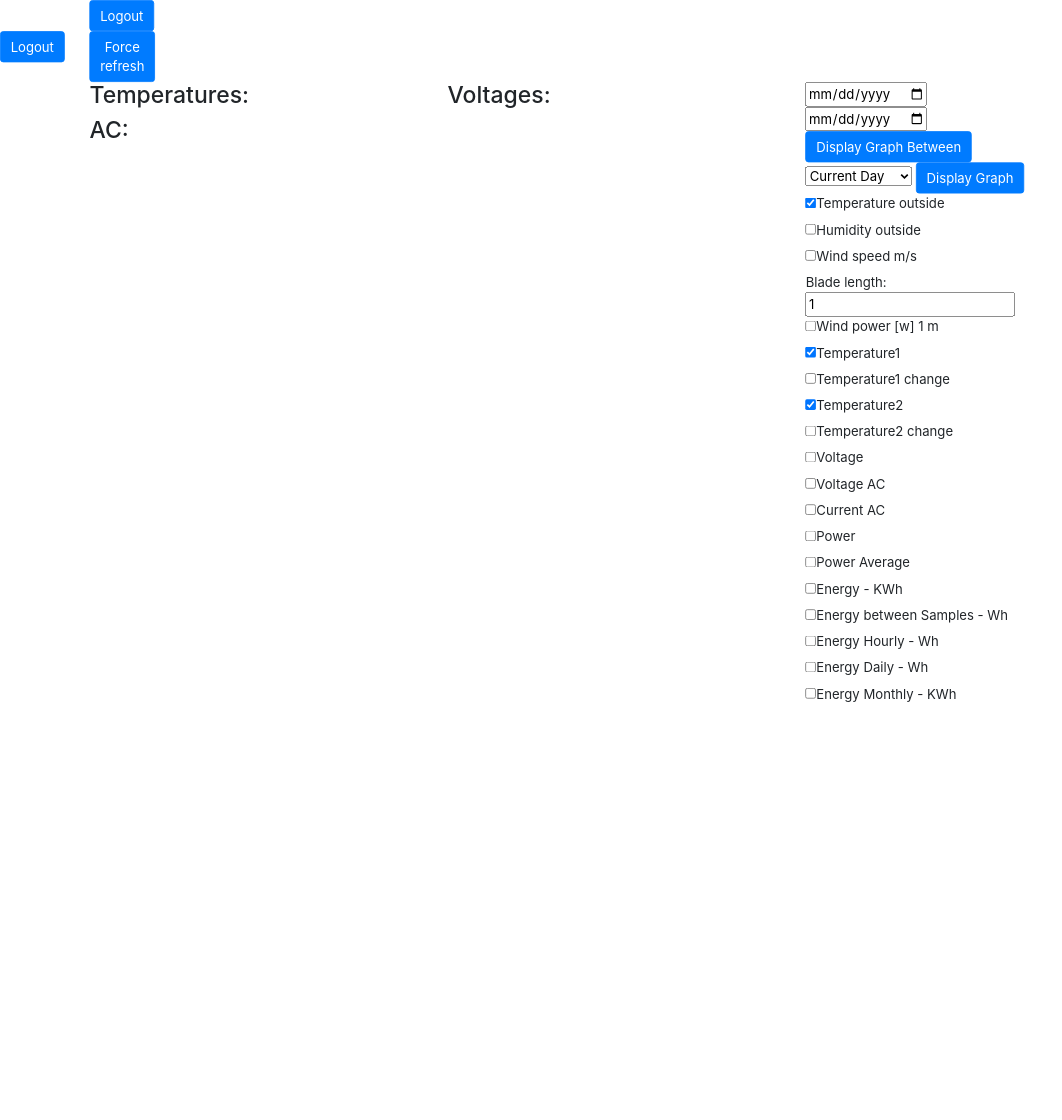
Repository: duicul/flaskRaspberryApp
Page: flask_pydev/templates/home_measure.html
The author's editor kept a copy of each file at every save. The page is drawn from the files as they stood at one save, then again after the next save.
The browser window is 1280 px wide. The page is 1295 px wide, so the pictures cover 1295 px, including what lies to the right of the window. The pictures show the whole page, at 82% of full size.
The page's requests for data from a server got no answer.

Above is the page before, as saved 2021-06-24 07:49:34.

After the next save:
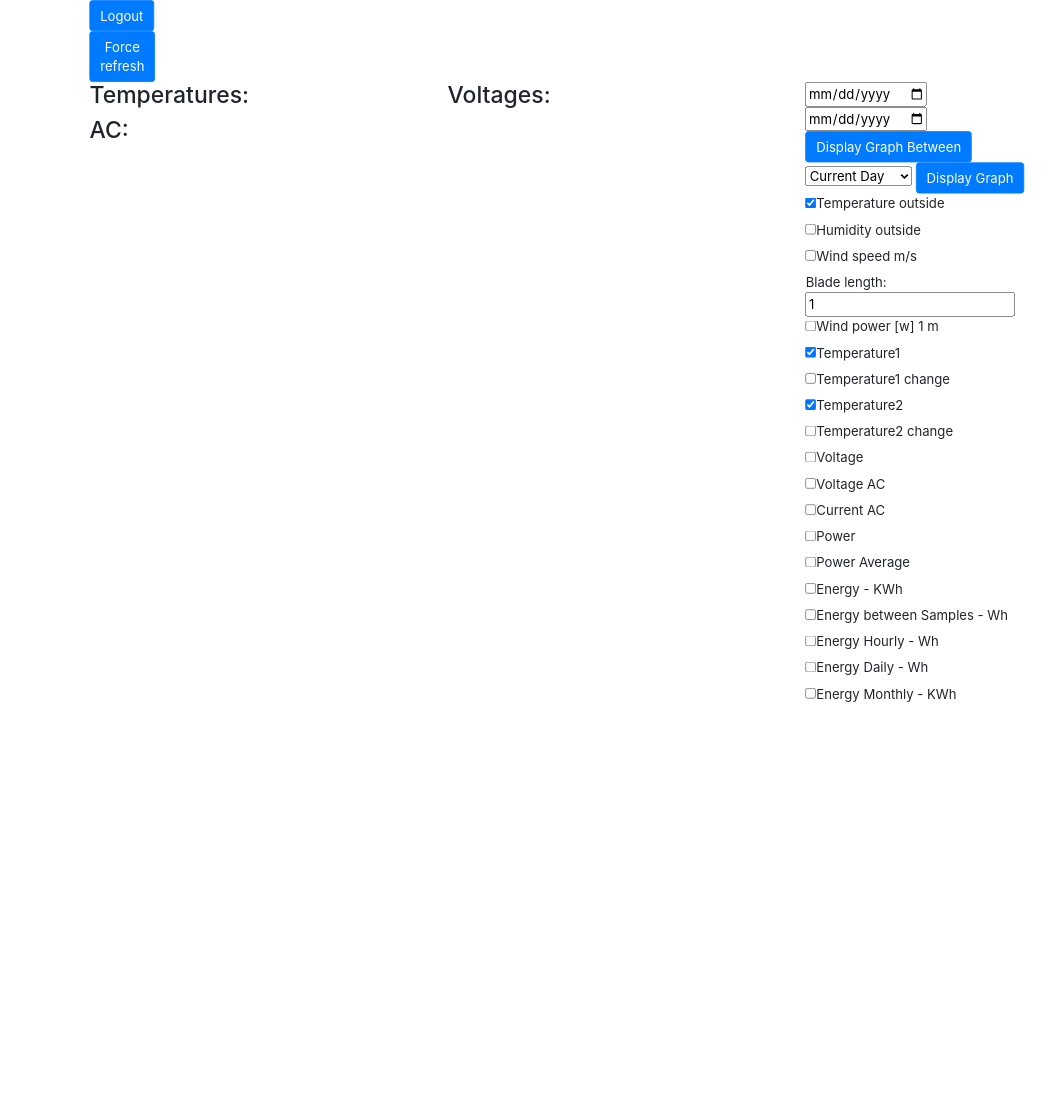
Saved 49 s later.
--- a/flask_pydev/templates/home_measure.html
+++ b/flask_pydev/templates/home_measure.html
@@ -35,7 +35,6 @@ background-color:rgb(100,120,180);
 
 <div class="row">
     <div class="col-md-1">
-    <a class="btn btn-primary" href="/logout">Logout</a>
     </div>
     <div class="col-md-1">
         <button type="button" class="btn btn-primary" onclick="force_refresh();">Force refresh</button>
